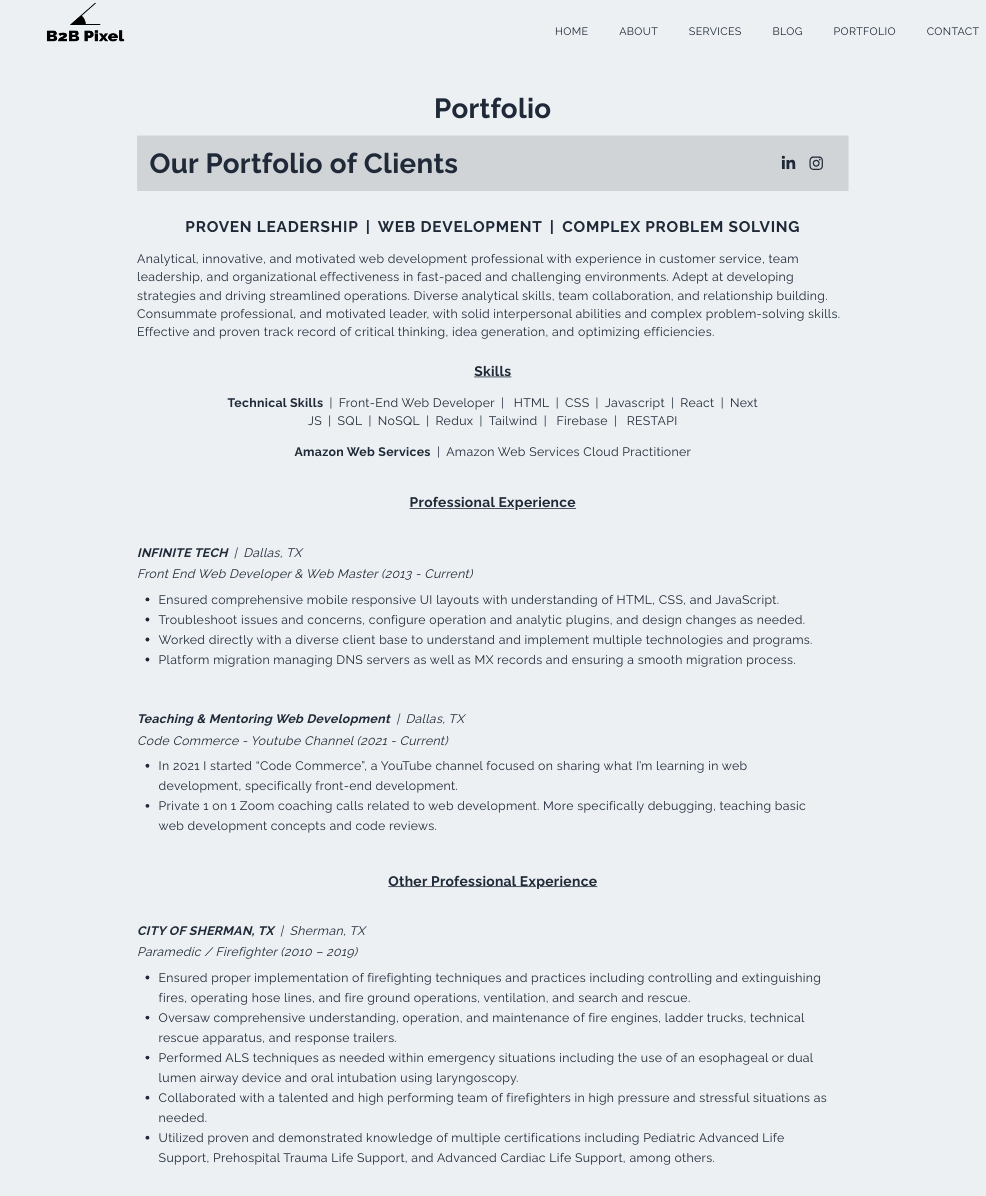
Repository: DID0101/nextjs.b2b
Page: /resume
These files come from the project's save history. The page is drawn as it stood at one moment and after the next save; the edit follows.
The browser window is 1280 px wide. The pictures show the whole page, at 77% of full size.
The project was rebuilt for these pictures with package versions that can differ from the ones it lists, and the page was loaded fresh each time. The framework's server and built-in components were replaced by stand-ins that run in the browser. Also part of the build but not shown: next.config.js.

Above is the page before, as saved 2024-01-22 07:14:24.

After the next save:
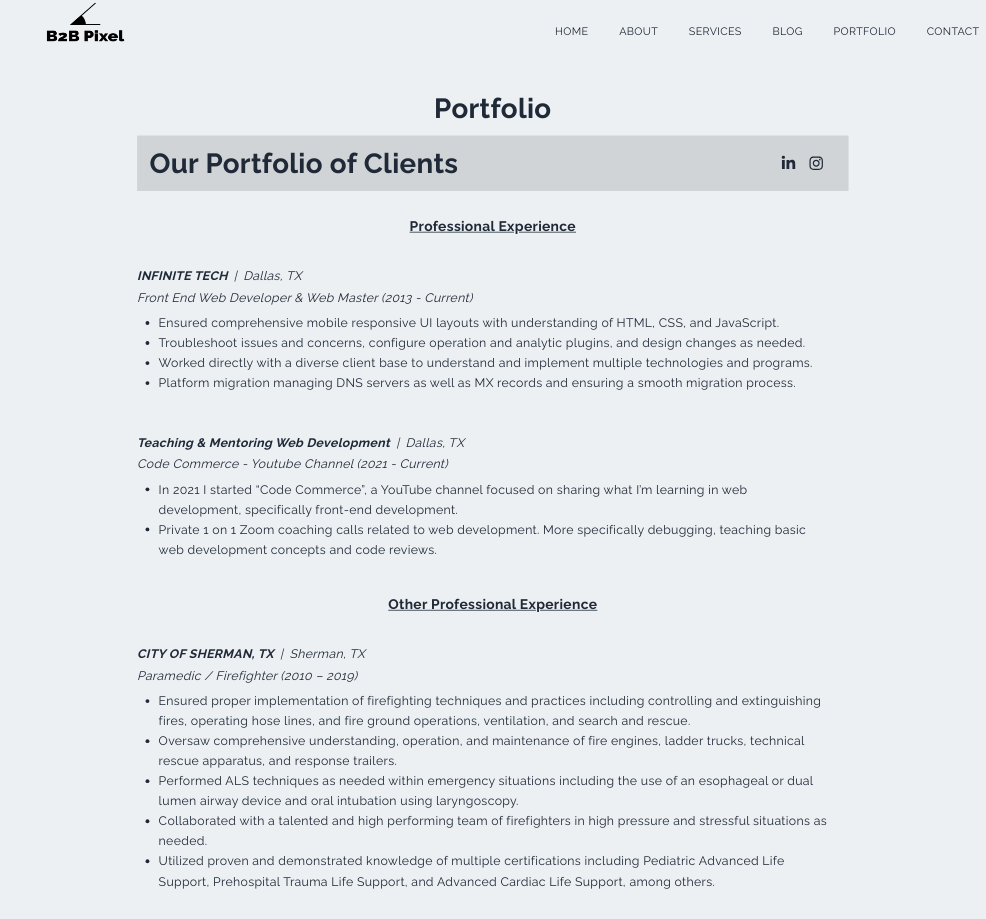
Saved 70 s later.
--- a/pages/resume.jsx
+++ b/pages/resume.jsx
@@ -35,7 +35,7 @@
             </a>
           </div>
         </div>
-        <div className='text-center py-4 text-xl font-bold uppercase tracking-wider'>
+        {/* <div className='text-center py-4 text-xl font-bold uppercase tracking-wider'>
           <div className='hidden sm:block'>
             <p>
               Proven Leadership <span className='px-1'>|</span> Web Development{' '}
@@ -47,8 +47,8 @@
             <p className='py-2'>Web Development</p>
             <p>Complex Problem Solving</p>
           </div>
-        </div>
-        <p>
+        </div> */}
+        {/* <p>
           Analytical, innovative, and motivated web development professional
           with experience in customer service, team leadership, and
           organizational effectiveness in fast-paced and challenging
@@ -58,10 +58,10 @@
           with solid interpersonal abilities and complex problem-solving skills.
           Effective and proven track record of critical thinking, idea
           generation, and optimizing efficiencies.
-        </p>
+        </p> */}
 
         {/* Skills */}
-        <div className='text-center py-4'>
+        {/* <div className='text-center py-4'>
           <h5 className='text-center underline text-[18px] py-2'>Skills</h5>
           <p className='py-2'>
             <span className='font-bold'>Technical Skills</span>
@@ -83,7 +83,7 @@
             <span className='px-2'>|</span>Amazon Web Services Cloud
             Practitioner
           </p>
-        </div>
+        </div> */}
 
         <h5 className='text-center underline text-[18px] py-4'>
           Professional Experience
